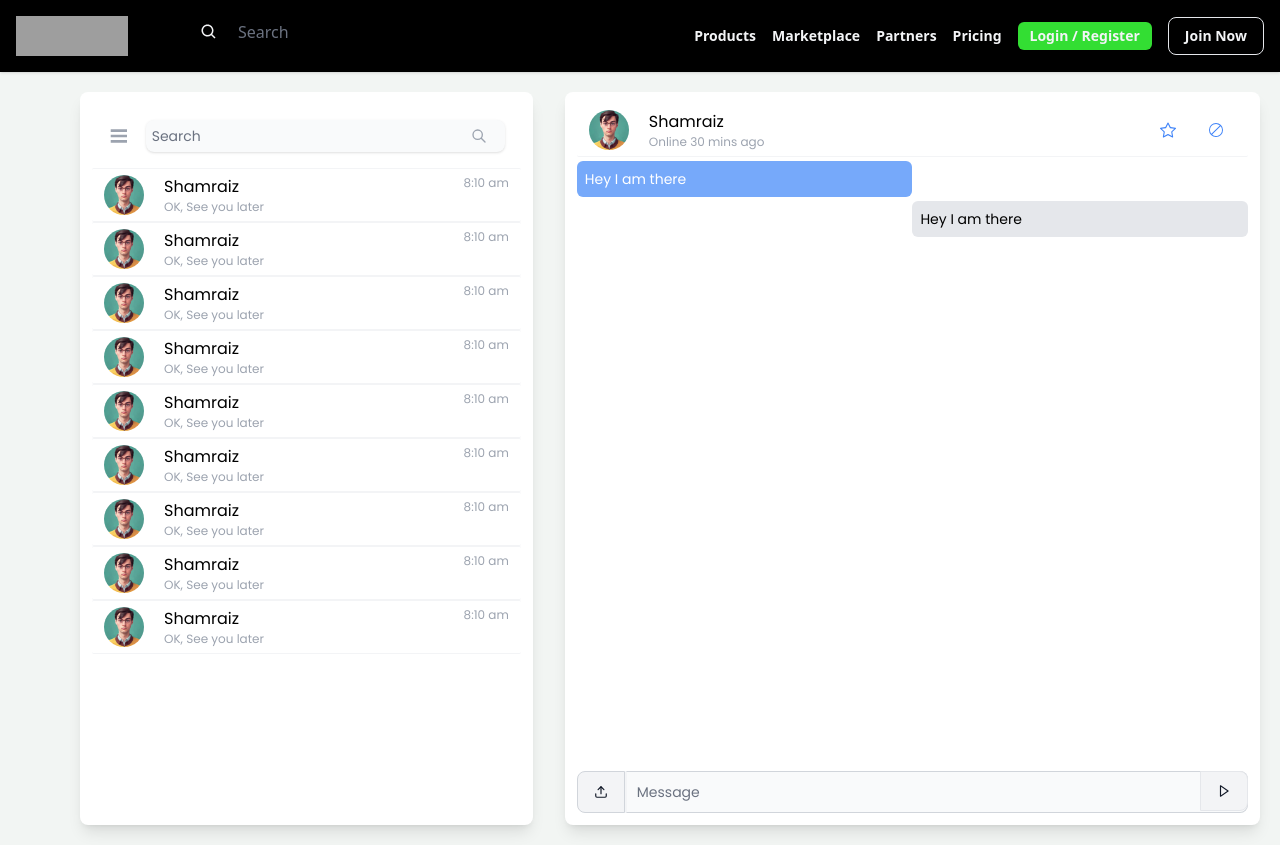
Repository: Shamraiz761/Frontend-Assessment
Page: /chat
The author's editor kept a copy of each file at every save. The page is drawn from the files as they stood at one save, then again after the next save.
The browser window is 1280 px wide. The pictures show the whole page.
Pictures or frames that could not be fetched are drawn as grey boxes. The project was rebuilt for these pictures with package versions that can differ from the ones it lists, and the page was loaded fresh each time. Also part of the build but not shown: vite.config.js, src/routes/index.css, src/routes/root.jsx, src/pages/orders/index.jsx, src/pages/submission/index.jsx, src/pages/admin/index.css, src/components/admin/card.jsx, src/components/admin/addCard.jsx and 4 more. Imported but missing from the stored project, and not drawn on this page: src/pages/auth/login, src/pages/tasks, src/routes/profileLayout.

Above is the page before, as saved 2023-07-06 14:05:55.

After the next save:
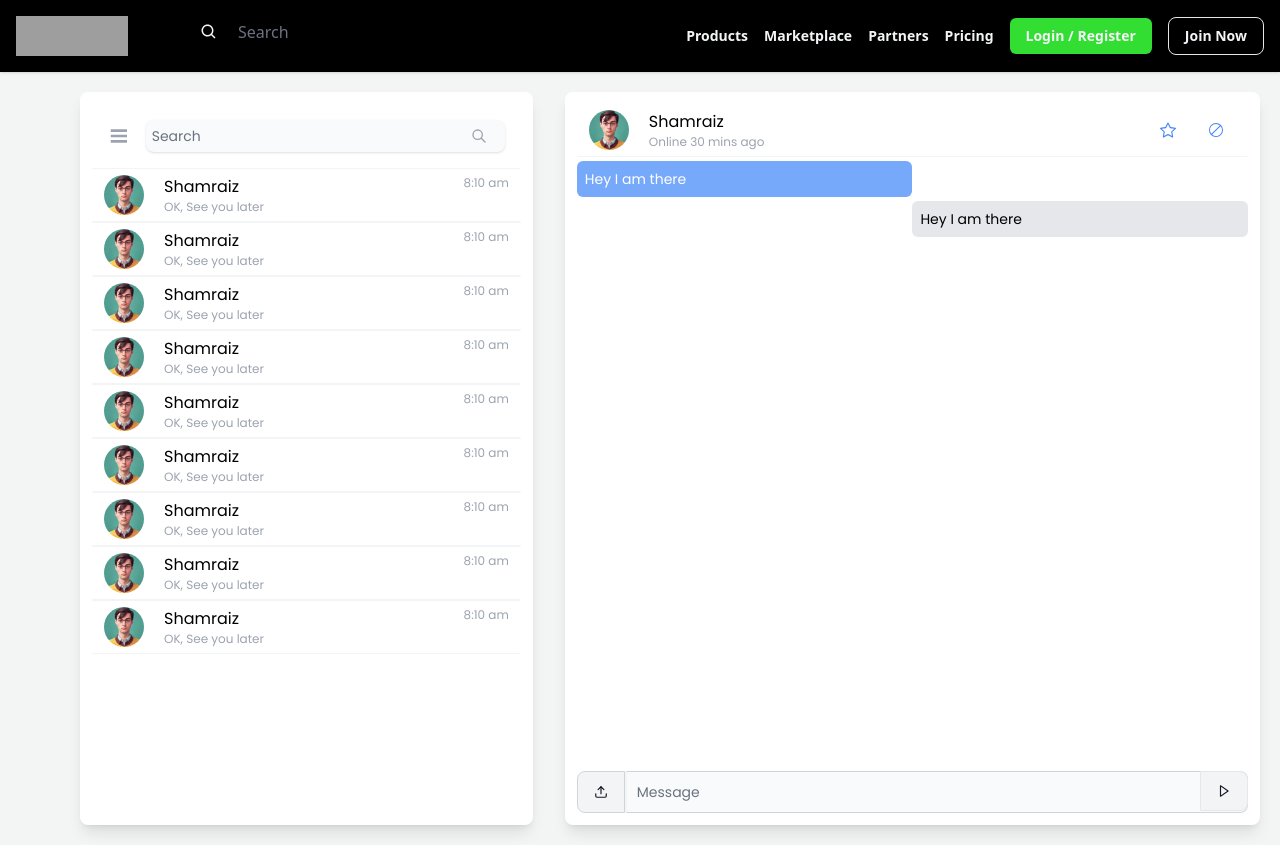
Saved 21 s later.
--- a/src/components/header/index.jsx
+++ b/src/components/header/index.jsx
@@ -70,7 +70,7 @@ function Header() {
                 <div class="hidden sm:flex sm:items-center">
                   <a
                     href="#"
-                    class="text-gray-100 bg-[#33de33] rounded-md px-3 py-1 text-sm font-semibold hover:text-purple-600 mr-4"
+                    class="text-gray-100 bg-[#33de33] rounded-md px-4 py-2 text-sm font-semibold hover:text-purple-600 mr-4"
                   >
                     Login / Register
                   </a>
